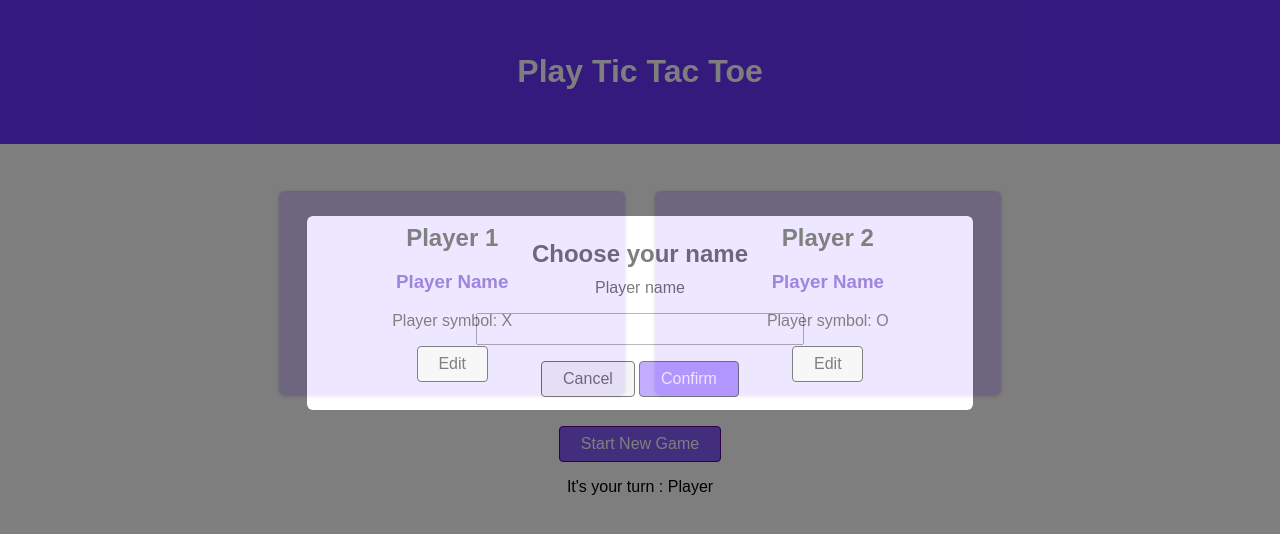
Repository: Harjot00/Wevdev
Page: Tic tac toe/index.html
The author's editor kept a copy of each file at every save. The page is drawn from the files as they stood at one save, then again after the next save.
The browser window is 1280 px wide. The pictures show the whole page.
Some web fonts or font styles are not loaded; a fallback is used.

Above is the page before, as saved 2022-05-21 23:13:45.

After the next save:
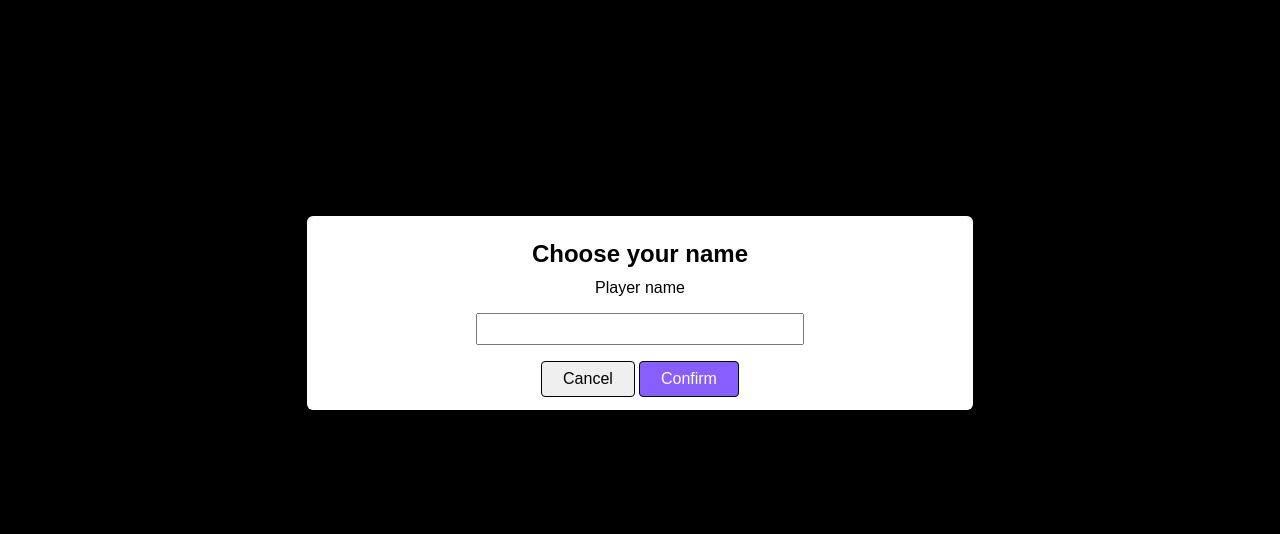
Saved 10 s later.
--- a/Tic tac toe/styles.css
+++ b/Tic tac toe/styles.css
@@ -19,7 +19,7 @@ aside {
     position:absolute;
     top:0;
     left:0;
-    background-color: black; opacity: 0.5;
+    background-color: black; opacity: 1;
 
 }
  #curtain{
